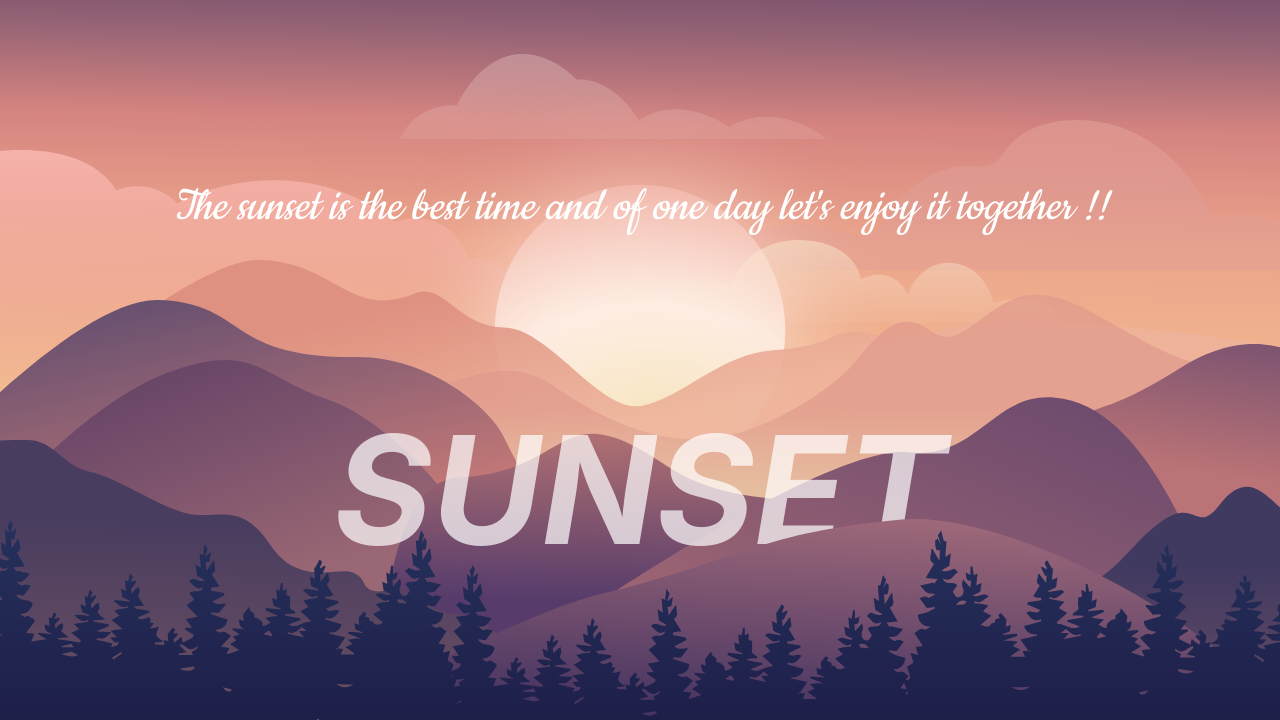
Repository: nambui98/parallax
Page: /
An editor plug-in stored every save of this project. The page is shown before and after the next save, followed by the edit.
The browser window is 1280 px wide. The pictures show the whole page.
The project was rebuilt for these pictures with package versions that can differ from the ones it lists, and the page was loaded fresh each time. Also part of the build but not shown: vite.config.ts.

Above is the page before, as saved 2022-03-24 13:23:13.

After the next save:
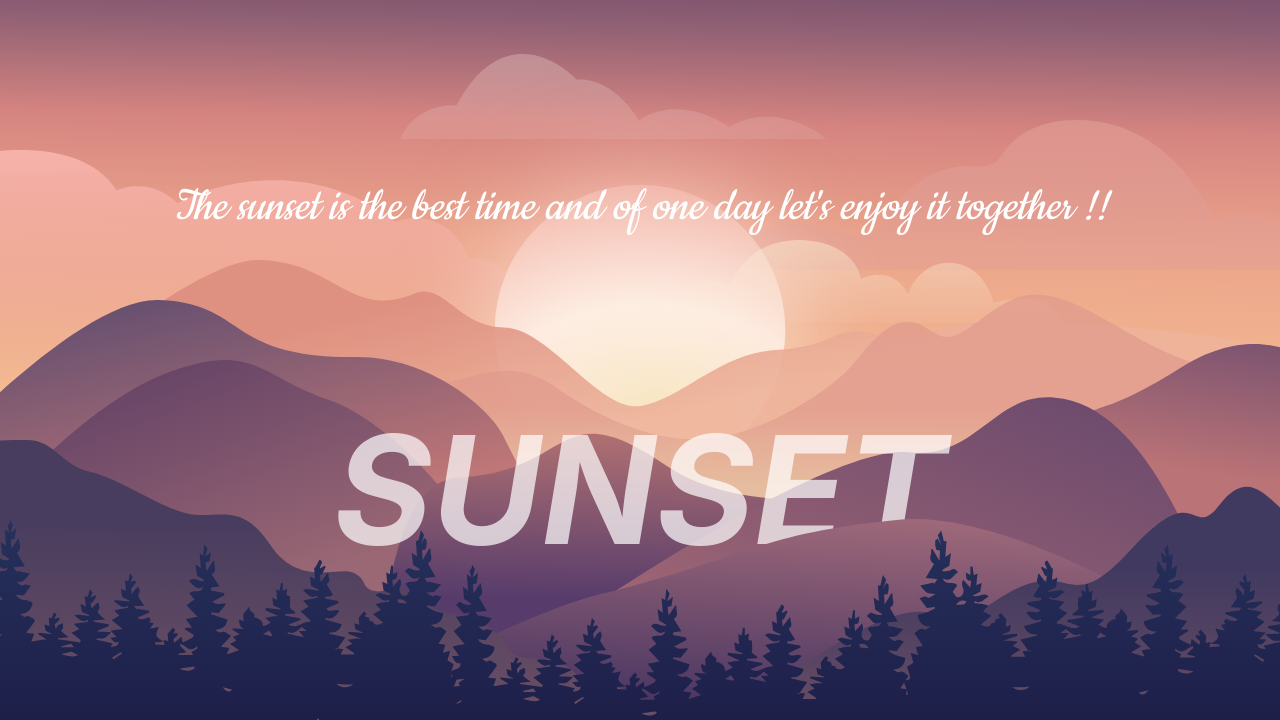
Saved 5 s later.
--- a/src/App.scss
+++ b/src/App.scss
@@ -82,7 +82,7 @@ html{
      &.bg_8{
       bottom: -8rem;
       width: 100%;
-      z-index: 1;
+      z-index: 2;
     }
     &.bg_9{
       width: 100%;
